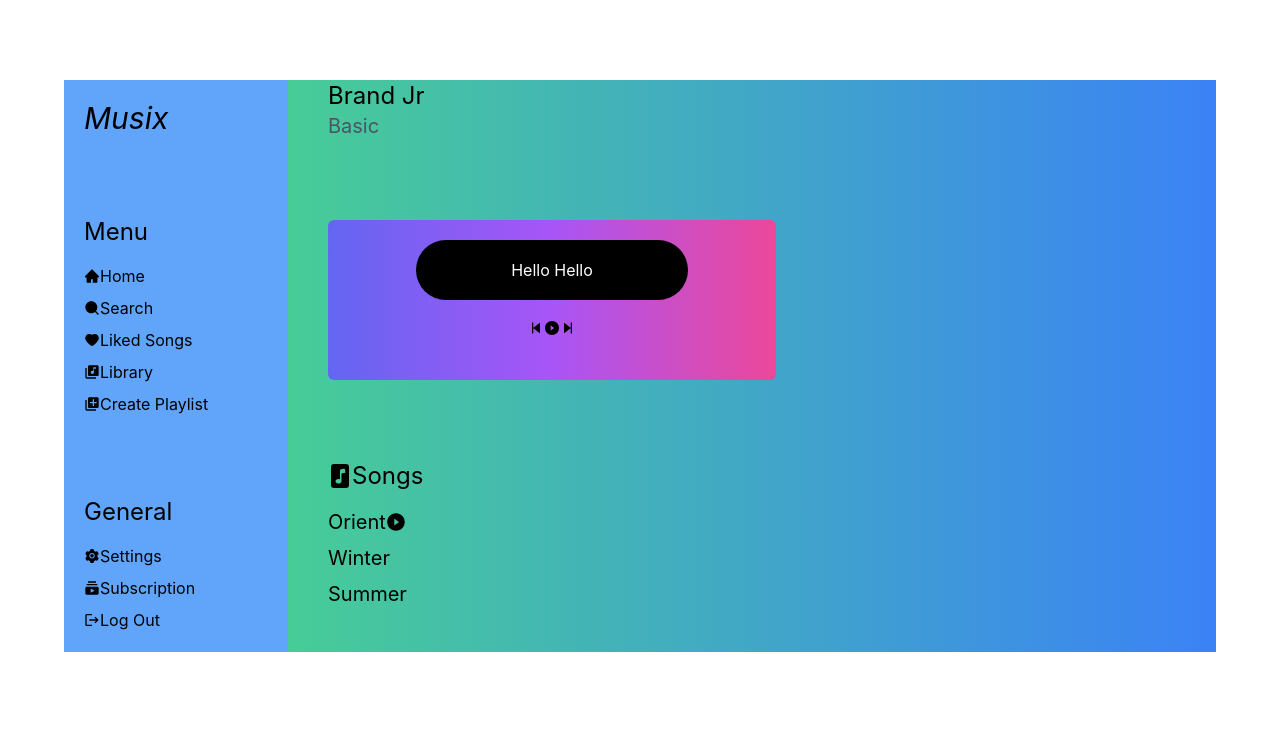
Repository: brandford7/music-player
Page: /
An editor plug-in stored every save of this project. The page is shown before and after a run of saves, followed by the edit.
The browser window is 1280 px wide. The pictures show the whole page.
The project was rebuilt for these pictures with package versions that can differ from the ones it lists, and the page was loaded fresh each time. The framework's server and built-in components were replaced by stand-ins that run in the browser. Also part of the build but not shown: next.config.js.

Above is the page before, as saved 2022-11-18 13:00:12.

After the next 2 saves:
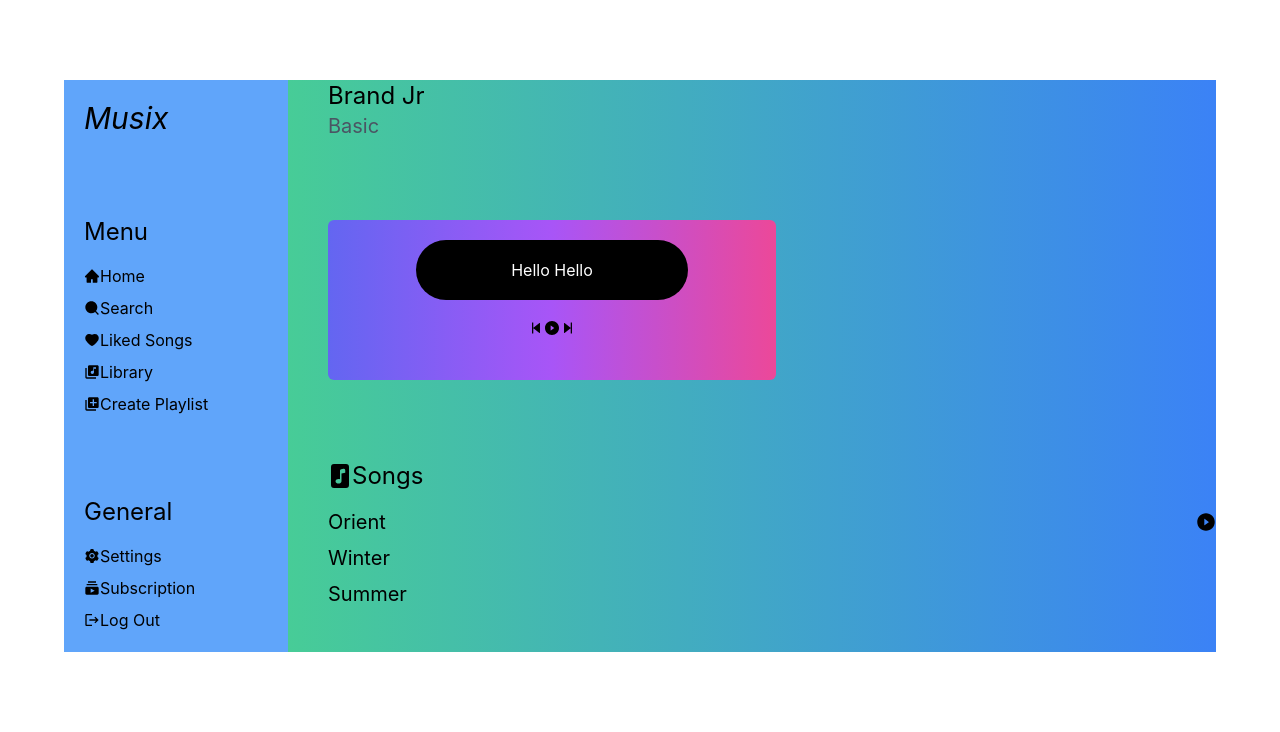
The 2 saves are shown as one change because they came seconds apart.
The last was saved 9 s later.
--- a/components/SongList.jsx
+++ b/components/SongList.jsx
@@ -12,7 +12,7 @@ const SongList = () => {
       </h1>
       <section>
         <ul className="flex flex-col text-xl space-y-2">
-          <li className="flex items-center jus ">
+          <li className="flex items-center justify-between ">
             Orient <MusicButton icon={<AiFillPlayCircle />} />
           </li>
           <li className="flex items-center ">Winter</li>
